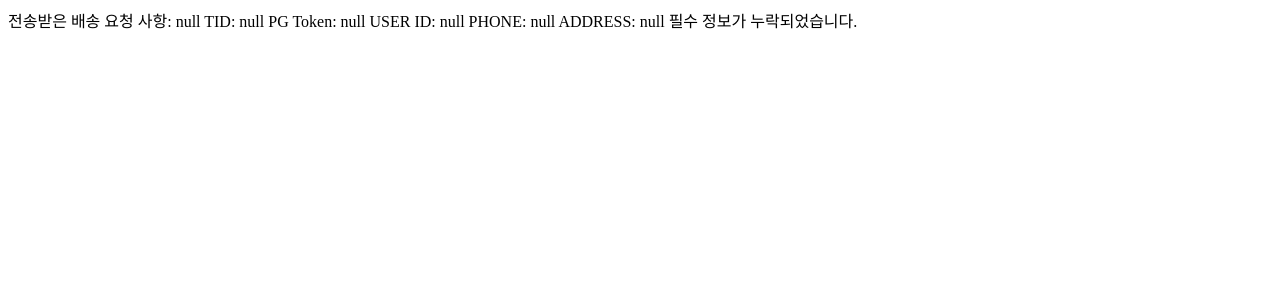
Repository: 0823-01/MonoLiving
Page: http://localhost/shoppingMall/views/api/kakaoPaySuccess.jsp
The author's editor kept a copy of each file at every save. The page is drawn from the files as they stood at one save, then again after the next save.
The browser window is 1280 px wide. The pictures show the whole page.
The page is served by Tomcat 9.

Above is the page before, as saved 2024-10-31 01:47:13.

After the next save:
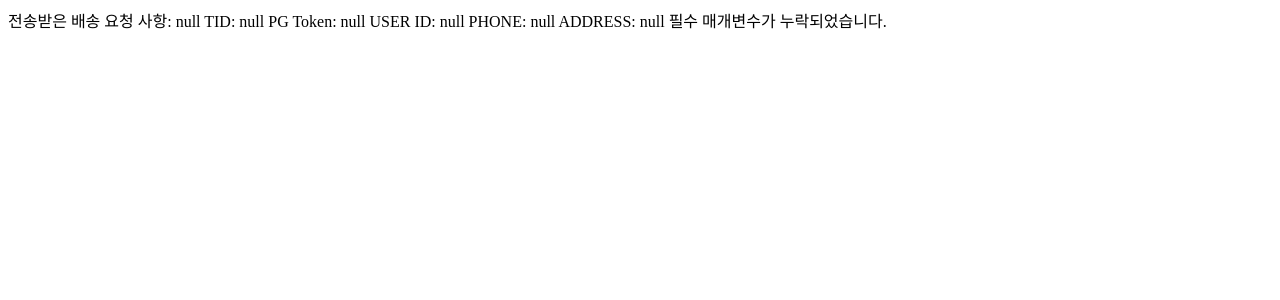
Saved 95 s later.
--- a/shoppingMall/src/main/webapp/views/api/kakaoPaySuccess.jsp
+++ b/shoppingMall/src/main/webapp/views/api/kakaoPaySuccess.jsp
@@ -151,14 +151,21 @@
 
                                     // 주문 상품 정보 저장
                                     try (PreparedStatement productStmt = dbConn.prepareStatement(
-                                            "INSERT INTO order_product (order_no, product_no, quantity) VALUES (?, ?, ?)")) { // product_id -> product_no 수정
-                                        int productNo = 1; // 실제 상품 번호를 가져와야 합니다.
-                                        int quantity = 2; // 실제 상품 수량을 가져와야 합니다.
-                                        productStmt.setInt(1, orderRowsAffected); // order_no는 orders에서 생성한 주문 번호
-                                        productStmt.setInt(2, productNo); // 수정된 부분
-                                        productStmt.setInt(3, quantity);
-                                        productStmt.executeUpdate();
-                                        response.getWriter().println("주문 상품 정보가 order_product 테이블에 저장되었습니다.");
+                                            "INSERT INTO order_product (order_no, product_no, quantity) VALUES (?, ?, ?)")) {
+                                        // 실제 상품 번호를 가져와야 합니다. 예시로 1로 설정
+                                        int productNo = 1; // 실제 상품 번호
+                                        int quantity = 2; // 실제 상품 수량
+
+                                        // 생성된 주문 번호 가져오기
+                                        ResultSet generatedKeys = orderStmt.getGeneratedKeys();
+                                        if (generatedKeys.next()) {
+                                            int orderNo = generatedKeys.getInt(1); // 생성된 주문 번호
+                                            productStmt.setInt(1, orderNo); // order_no
+                                            productStmt.setInt(2, productNo); // product_no
+                                            productStmt.setInt(3, quantity); // 수량
+                                            productStmt.executeUpdate();
+                                            response.getWriter().println("주문 상품 정보가 order_product 테이블에 저장되었습니다.");
+                                        }
                                     } catch (SQLException e) {
                                         e.printStackTrace(response.getWriter());
                                         response.getWriter().println("주문 상품 정보 저장 중 오류가 발생했습니다.");
@@ -185,19 +192,23 @@
                     response.getWriter().println("결제 금액 정보를 가져오는 데 실패했습니다.");
                 }
             } else {
-                response.getWriter().println("카카오 결제 승인 요청에 실패했습니다. 응답 코드: " + responseCode);
+                response.getWriter().println("결제 승인 요청에 실패했습니다. 응답 코드: " + responseCode);
             }
         } catch (Exception e) {
             e.printStackTrace(response.getWriter());
-            response.getWriter().println("카카오 결제 처리 중 오류가 발생했습니다.");
+            response.getWriter().println("결제 처리 중 오류가 발생했습니다.");
         } finally {
-            // 자원 해제
-            if (paymentConnection != null) paymentConnection.disconnect();
-            JDBCTemplate.close(dbConn);
+            if (paymentConnection != null) {
+                paymentConnection.disconnect();
+            }
+            if (dbConn != null) {
+                JDBCTemplate.close(dbConn);
+            }
         }
     } else {
-        response.getWriter().println("필수 정보가 누락되었습니다.");
+        response.getWriter().println("필수 매개변수가 누락되었습니다.");
     }
 %>
+
 </body>
 </html>
